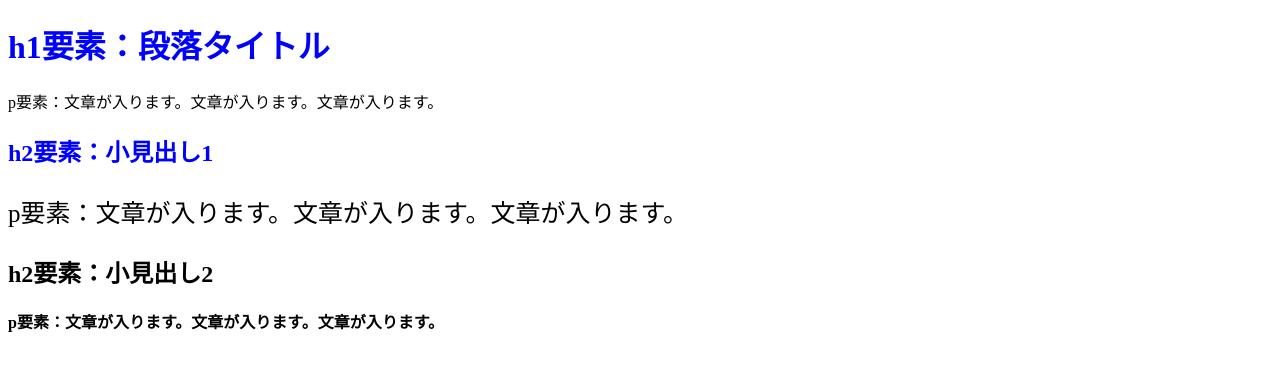
Repository: IzIzKen/samurai_HTML-CSS
Page: HTML CSSを学びWebプログラミングの第一歩を踏み出そう/3章 CSSの導入/index_class.html
The author's editor kept a record of every edit. The page is drawn from the files as they stood at one moment, then again after the next edit.
The browser window is 1280 px wide. The pictures show the whole page.

Above is the page before.

After the next edit:
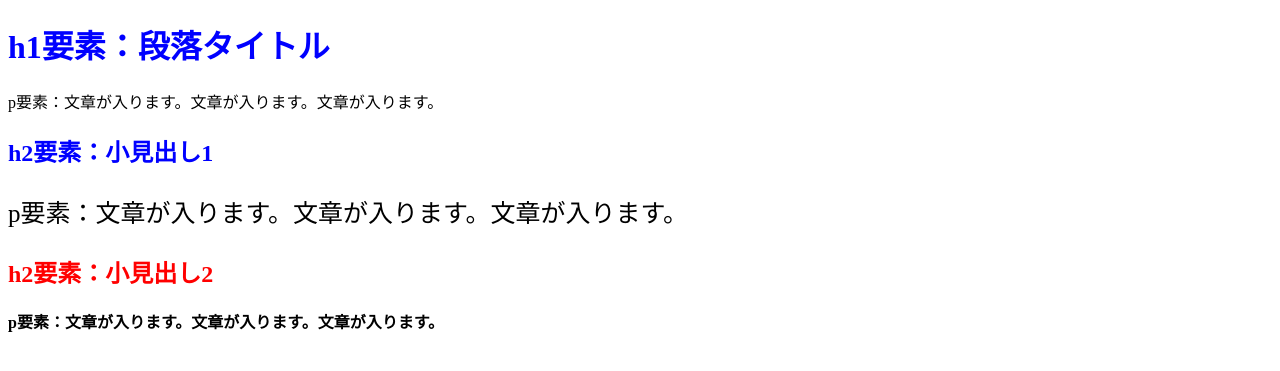
The edit:
--- a/HTML CSSを学びWebプログラミングの第一歩を踏み出そう/3章 CSSの導入/index_class.html
+++ b/HTML CSSを学びWebプログラミングの第一歩を踏み出そう/3章 CSSの導入/index_class.html
@@ -19,7 +19,7 @@
     <p style="font-size: 25px;">
         p要素：文章が入ります。文章が入ります。文章が入ります。
     </p>
-    <h2 >h2要素：小見出し2</h2>
+    <h2 id="red">h2要素：小見出し2</h2>
     <p style="font-weight: bold">
         p要素：文章が入ります。文章が入ります。文章が入ります。
     </p>
